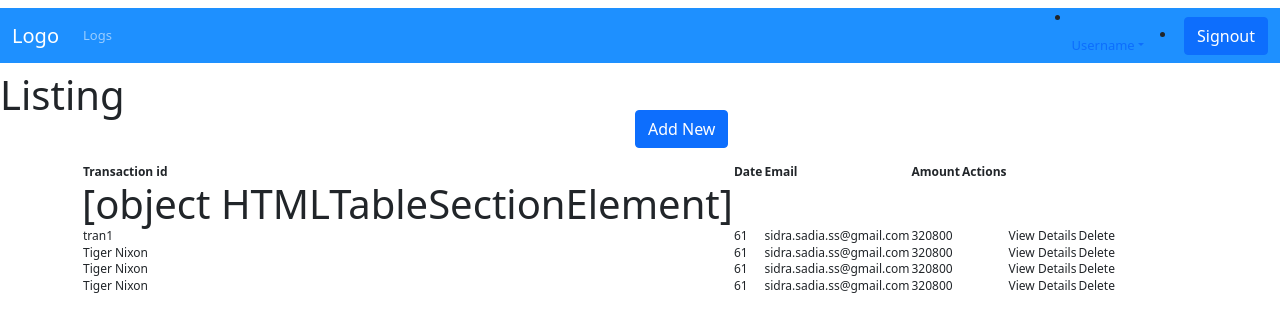
Repository: Sadia-Naveed-Shaikh/JavaScript-Website
Page: src/Listing.html
An editor plug-in stored every save of this project. The page is shown before and after a run of saves, followed by the edit.
The browser window is 1280 px wide. The pictures show the whole page.
Some web libraries are served in a nearby version.

Above is the page before, as saved 2021-10-28 17:08:41.

### src/Listing.html
<!DOCTYPE html>

<html>

<head>
    <title>Listing</title>
    <meta charset="utf-8">
    <meta name="viewport" content="width=device-width, initial-scale=1">
    <link href="https://cdn.jsdelivr.net/npm/bootstrap@5.1.1/dist/css/bootstrap.min.css" rel="stylesheet">
    <script src="https://cdn.jsdelivr.net/npm/bootstrap@5.1.1/dist/js/bootstrap.bundle.min.js"></script>
    <script src="https://kit.fontawesome.com/2246d8fd03.js" crossorigin="anonymous"></script>
</head>

<style>
body{
    font-size: small;
}
 tr, td{
    font-size: 12px;
}
.modal-body{
font-size: 18px;
}
</style>

<body>

    <nav class="navbar navbar-expand-sm  navbar-dark fixed-top" style="">
        <div class="container-fluid" style="background-color: dodgerblue";
; height:60px">
            <a class="navbar-brand" href="#">Logo</a>
            <button class="navbar-toggler" type="button" data-bs-toggle="collapse" data-bs-target="#collapsibleNavbar">
                <span class="navbar-toggler-icon"></span>
            </button>
            <div class="collapse navbar-collapse" id="collapsibleNavbar">
                <ul class="navbar-nav">
                    <li class="nav-item">
                        <a class="nav-link" href="#">Logs</a>
                    </li>


                </ul>

            </div>
            <!-- <form class="d-flex">
            <input class="form-control me-2" type="text" placeholder="Search">
            <button class="btn btn-primary" type="button">Search</button>
        </form> -->

            <!-- Button to Open the Modal -->
            <li class="nav-item dropdown">
                <a class="nav-link dropdown-toggle" href="#" role="button" data-bs-toggle="dropdown">Username</a>
                <ul class="dropdown-menu">
                    <li><a class="dropdown-item" href="Profile.html">View Profile</a></li>
                    <li><a class="dropdown-item" href="forgetPassword.html">Change Password</a></li>
                </ul>
            <li class="nav-item dropdown">
                <button type="button" class="btn btn-primary" style="margin-left: 5px">
                    Signout
                </button>
        </div>
    </nav>
    <div style="margin-top: 50px;">


        <h1>
            Listing
            <button type="button" class="btn btn-primary" data-bs-toggle="modal" data-bs-target="#myModal"
                style="margin-left: 500px; margin-top: 60px;">
                Add New
            </button>

            <div class="modal fade" id="myModal">
                <div class="modal-dialog modal-dialog-centered  modal-dialog-scrollable">
                    <div class="modal-content">

                        <!-- Modal Header -->
                        <div class="modal-header">
                            <h4 class="modal-title">Add New Transaction</h4>
                            <button type="button" class="btn-close" data-bs-dismiss="modal"></button>
                        </div>

                        <!-- Modal body -->
                        <div class="modal-body">

                            <form action="/action_page.php" class="was-validated">
                                <div class="mb-3 mt-3">
                                    <label for="uname" class="form-label">Username:</label>
                                    <input type="text" class="form-control" id="uname" placeholder="Enter username"
                                        name="uname" required>
                                    <div class="valid-feedback">Valid.</div>
                                    <div class="invalid-feedback">Please fill out this field.</div>
                                </div>
                                <div class="mb-3">
                                    <label for="pwd" class="form-label">Password:</label>
                                    <input type="password" class="form-control" id="pwd" placeholder="Enter password"
                                        name="pswd" required>
                                    <div class="valid-feedback">Valid.</div>
                                    <div class="invalid-feedback">Please fill out this field.</div>
                                </div>
                                <div class="form-check mb-3">
                                    <input class="form-check-input" type="checkbox" id="myCheck" name="remember"
                                        required>
                                    <label class="form-check-label" for="myCheck">I agree on blabla.</label>
                                    <div class="valid-feedback">Valid.</div>
                                    <div class="invalid-feedback">Check this checkbox to continue.</div>
                                </div>
                                <div class="form-check mb-3">
                                    <label class="form-check-label">
                                        <input class="form-check-input" type="checkbox" name="remember"> Remember me
                                    </label>
                                </div>
                                <div class="form-check">
                                    <input type="radio" class="form-check-input" id="radio1" name="optradio"
                                        value="option1" checked>Option 1
                                    <label class="form-check-label" for="radio1"></label>
                                </div>
                                <div class="form-check">
                                    <input type="radio" class="form-check-input" id="radio2" name="optradio"
                                        value="option2">Option
                                    2
                                    <label class="form-check-label" for="radio2"></label>
                                </div>
                                <div class="form-check">
                                    <input type="radio" class="form-check-input" disabled>Option 3
                                    <label class="form-check-label"></label>
                                </div>
                                <button type="submit" class="btn btn-primary">Submit</button>
                            </form>

                        </div>

                        <!-- Modal footer -->
                        <div class="modal-footer">
                            <button type="button" class="btn btn-danger" data-bs-dismiss="modal">Close</button>
                        </div>

                    </div>
                </div>
            </div>

            <div class="container mt-3">
                <table class=" table-striped table-hover table-border">
                    <thead>
                        <tr>
                            <th>Transaction id</th>
                            <th>Date</th>
                            <th>Email</th>
                            <th>Amount</th>
                            <th>Actions</th>
                        </tr>
                    </thead>
                    <tbody id='tableContents'>
                    </tbody>
                </table>
</div>
            </div>
            <script>
                var record;
                var myObj;
                var xhr = new XMLHttpRequest();
                xhr.open("GET", "transaction.json", true);
                xhr.onload = function () {
                    record = xhr.responseText;
                    myObj = JSON.parse(record);
                    var table = document.getElementById('tableContents');
                    for (let i = 0; i < myObj.length; i++) {
                        tableContents += '<tr><td>' + myObj[i].tran_id + '</td><td>' + myObj[i].date + '</td><td>' + myObj[i].email + '</td><td>' + myObj[i].amount + '</td><td>' + '</td><td>' + "View Details" + '</td><td>' +"Delete" + '</td></tr>' ;
                    }
                    table.innerHTML = tableContents;
                };
                xhr.send();

            </script>

    </div>
    </h1>
</body>


</html>

### src/transaction.json
[
    {
        "id": 1,
        "tran_id": "tran1",
        "name": "xyz",
        "email": "sidra.sadia.ss@gmail.com",
        "date": 61,
        "amount": "320800",
        "currency": "",
        "key8": "",
        "key9": "",
        "key10": "",
        "key11": "",
        "key12":"",
        "key13":"",
        "key14":"",
        "key15":""
    },
    {
        "id": 1,
        "tran_id": "Tiger Nixon",
        "name": 320800,
        "email": "sidra.sadia.ss@gmail.com",
        "date": 61,
        "amount": "320800",
        "currency": "",
        "key8": "",
        "key9": "",
        "key10": "",
        "key11": "",
        "key12": "",
        "key13": "",
        "key14": "",
        "key15": ""
    },
    {
        "id": 1,
        "tran_id": "Tiger Nixon",
        "name": 320800,
        "email": "sidra.sadia.ss@gmail.com",
        "date": 61,
        "amount": "320800",
        "currency": "",
        "key8": "",
        "key9": "",
        "key10": "",
        "key11": "",
        "key12": "",
        "key13": "",
        "key14": "",
        "key15": ""
    },
    {
        "id": 1,
        "tran_id": "Tiger Nixon",
        "name": 320800,
        "email": "sidra.sadia.ss@gmail.com",
        "date": 61,
        "amount": "320800",
        "currency": "",
        "key8": "",
        "key9": "",
        "key10": "",
        "key11": "",
        "key12": "",
        "key13": "",
        "key14": "",
        "key15": ""
    }
]

After the next 2 saves:
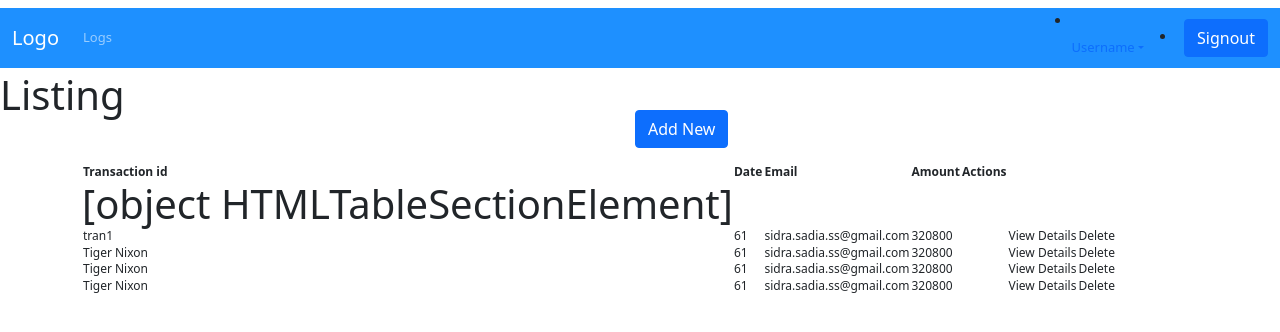
The 2 saves are shown as one change because they came seconds apart.
The last was saved 8 s later.
--- a/src/Listing.html
+++ b/src/Listing.html
@@ -26,8 +26,7 @@ font-size: 18px;
 <body>
 
     <nav class="navbar navbar-expand-sm  navbar-dark fixed-top" style="">
-        <div class="container-fluid" style="background-color: dodgerblue";
-; height:60px">
+        <div class="container-fluid" style="background-color: dodgerblue; height:60px">
             <a class="navbar-brand" href="#">Logo</a>
             <button class="navbar-toggler" type="button" data-bs-toggle="collapse" data-bs-target="#collapsibleNavbar">
                 <span class="navbar-toggler-icon"></span>
